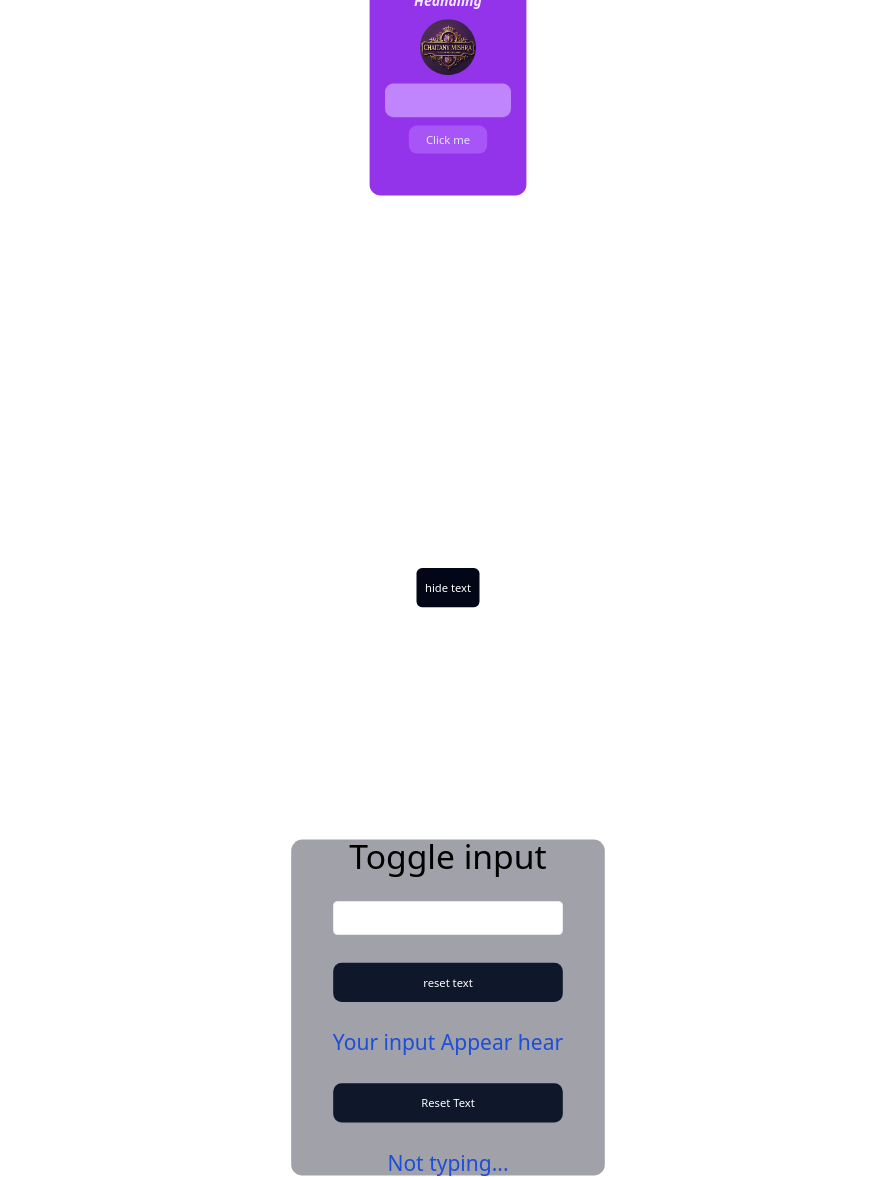
Repository: ChaitanyMishra/react-daily-work
Page: / (app in praticeForReact/revise-react/)
An editor plug-in stored every save of this project. The page is shown before and after a run of saves, followed by the edit.
The browser window is 1280 px wide. The pictures show the part of the page from y = 828 to 2748 px (the page is 2510 px tall before and 2748 px after), at 70% of full size.
The project was rebuilt for these pictures with package versions that can differ from the ones it lists, and the page was loaded fresh each time. Also part of the build but not shown: praticeForReact/revise-react/vite.config.js.

Above is the page before, as saved 2025-07-03 20:47:40.

### praticeForReact/revise-react/src/App.jsx
import './index.css';
import Info from './components/Info';
import Counter from './components/Counter';
import Card from './components/Card';
import ToggleText from './components/toggleText';
import { createContext, useState } from 'react';
import ToggleInput from './components/toggleInput';

const ThemeContext = createContext();

function App() {
  const [theme, setTheme] = useState('light');

  return (
    <ThemeContext.Provider value={{ theme, setTheme }}>
      <div className='h-screen w-full bg-stone-200'>
        <h1 className='text-center text-purple-600 font-extrabold font-serif text-3xl py-3 italic'>
          React Revision
        </h1>

        <div className='flex flex-col h-auto min-h-64 bg-slate-500 w-56 items-center justify-center m-auto text-white text-xl'>
          <Info name='Chaitany' roll='Web Developer' location='India' />
        </div>

        <div>
          <h1 className='text-center text-purple-600 font-extrabold font-serif text-3xl py-5 italic'>
            Learn About useState
          </h1>
          <Counter />
        </div>
        <Card name='Chetan' />
        <ToggleText />
        <ToggleInput />
      </div>
    </ThemeContext.Provider>
  );
}

export { ThemeContext };
export default App;

### praticeForReact/revise-react/src/components/Info.jsx
export default function Info(props){
    return(
        <div>
        <h2>Name : {props.name}</h2>
        <h3>role : {props.roll}</h3>
        <h4> Location : {props.location}</h4>
        </div>
    )

}

### praticeForReact/revise-react/src/components/Counter.jsx
import { useContext, useState } from "react";
import { ThemeContext } from "../App";

export default function Counter() {
  const { theme, setTheme } = useContext(ThemeContext);
  const [counter, setCounter] = useState(0);
  const [message, setMessage] = useState("");

  const handleIncrement = () => {
    if (counter < 20) {
      setCounter((prev) => prev + 1);
      setMessage("");
    } else {
      setMessage("Value can't go above 20");
    }
  };

  const handleDecrement = () => {
    if (counter > 0) {
      setCounter((prev) => prev - 1);
      setMessage("");
    } else {
      setMessage("Value can't go below 0");
    }
  };

  const reset = () => {
    setCounter(0);
    setMessage("");
  };

  return (
    <div
      className={`flex flex-col items-center ${
        theme === "light" ? "bg-slate-200" : "bg-slate-800"
      } px-6 py-6 rounded-lg shadow-lg space-y-4`}
    >
      <div>
        <button
          className="bg-white hover:bg-blue-200 text-black font-bold px-4 py-2 rounded"
          onClick={() =>
            setTheme(theme === "light" ? "dark" : "light")
          }
        >
          Theme: {theme}
        </button>
      </div>

      <h2 className="text-white text-3xl font-bold">{counter}</h2>

      <div className="flex space-x-4">
        <button
          className="bg-green-500 hover:bg-green-600 text-white font-bold px-4 py-2 rounded"
          onClick={handleIncrement}
        >
          +
        </button>
        <button
          className="bg-red-500 hover:bg-red-600 text-white font-bold px-4 py-2 rounded"
          onClick={handleDecrement}
        >
          -
        </button>
        <button
          className="bg-yellow-500 hover:bg-yellow-600 text-white font-bold px-4 py-2 rounded"
          onClick={reset}
        >
          Reset
        </button>
      </div>

      {message && (
        <span className="text-yellow-300 font-semibold text-sm italic">
          {message}
        </span>
      )}
    </div>
  );
}

### praticeForReact/revise-react/src/components/Card.jsx
import { useState } from "react"
import logo from "../assets/Logo.jpg"

const Card = () =>{
    const [name , setName] = useState("")
    const [msg  , setMsg] = useState("")
    const handleButton = () => {
        if(name.trim() === ""){
            setName("")
        }else{
            setMsg(`Hello ${name}`)
        }

    }
   return(

    <div className="flex h-screen w-auto justify-center items-center">

    <div className=" absolute flex flex-col h-[20rem] w-[14rem] bg-purple-600 m-auto my-14 rounded-2xl">
        <h3 className=" text-center text-purple-100 font-extrabold italic text-xl">Learn About Event Heandling</h3>
        <img src={logo} alt="Chaitany Logo" className="relative top-0 left-0 h-20 w-20 rounded-full mx-auto my-3 object-cover focus:none" />
        <input type="text" className=" bg-purple-400 px-3 py-3 rounded-xl w-[14vw] mx-auto text-purple-100" id="inputBox" onChange={(e) => setName(e.target.value)} value={name} />
        <button className="bg-purple-500 text-blue-100 px-3 py-2 w-28 rounded-xl mx-auto my-3 hover:bg-purple-900 hover:scale-105 duration-300 " onClick={handleButton}>Click me </button>
       {
        msg && (
            <p className="mt-4 text-white font-semibold text-center text-xl px-3 my-3">Hello {name}! nice to meet you!</p>
        )
       }
    </div>
    </div>
   )

}

export default Card

### praticeForReact/revise-react/src/components/toggleText.jsx
import React from 'react'
import { useState } from 'react'

function ToggleText() {
    const [show , setShow]  = useState(false);
  return (
    <div className='flex flex-col items-center justify-center h-screen w-screen'>
      <p >{show ? "After useState" : ""}</p>
      <button className='px-3 py-4 rounded-lg bg-slate-950 text-white text-center my-5' onClick={() => setShow(!show)} > {show  ? "show text" : "hide text"}</button>
    </div>
  )
}

export default ToggleText

### praticeForReact/revise-react/src/components/toggleInput.jsx
import React, { use } from 'react'
import { useState , useEffect } from 'react'

function ToggleInput() {
    const [buttonState , setButtonState] = useState(false)
    const [input , setInput] = useState("")
    const [typing , setTypingStatus] = useState("")
    useEffect(() => {

      setTypingStatus("Typing...")
      const timer = setTimeout(()=>{
        setTypingStatus("Not typing...")
      },2000)

    return () => clearTimeout(timer)


    } , [input])
  return (
    <div className='flex flex-col bg-zinc-400 max-h-screen  mx-auto rounded-2xl items-center justify-center max-w-md '>
      <div className='flex flex-col gap-10'>
        <h1 className='text-5xl text-center'>Toggle input</h1>
            <input type="text" className='px-4 py-3 rounded-md placeholder:enter text'  onChange={(e) => setInput(e.target.value)} />
            <button className='px-3 py-4 rounded-xl bg-slate-900 text-white' onClick={() => setButtonState(!buttonState)}>{buttonState ? "click me" : "reset text"}</button>
            <p className=' text-3xl text-center text-blue-700' id='pera'>Your input Appear hear {input} </p>
            <button  className='px-3 py-4 rounded-xl bg-slate-900 text-white' onClick={() => setInput("")}>Reset Text</button>
            <p className=' text-3xl text-center text-blue-700' >{typing}</p>
      </div>
    </div>
  )
}

export default ToggleInput

Loaded but not shown: praticeForReact/revise-react/index.html (common file); praticeForReact/revise-react/src/main.jsx (common file); praticeForReact/revise-react/src/index.css (common file); praticeForReact/revise-react/tailwind.config.js (common file)

After the next 5 saves:
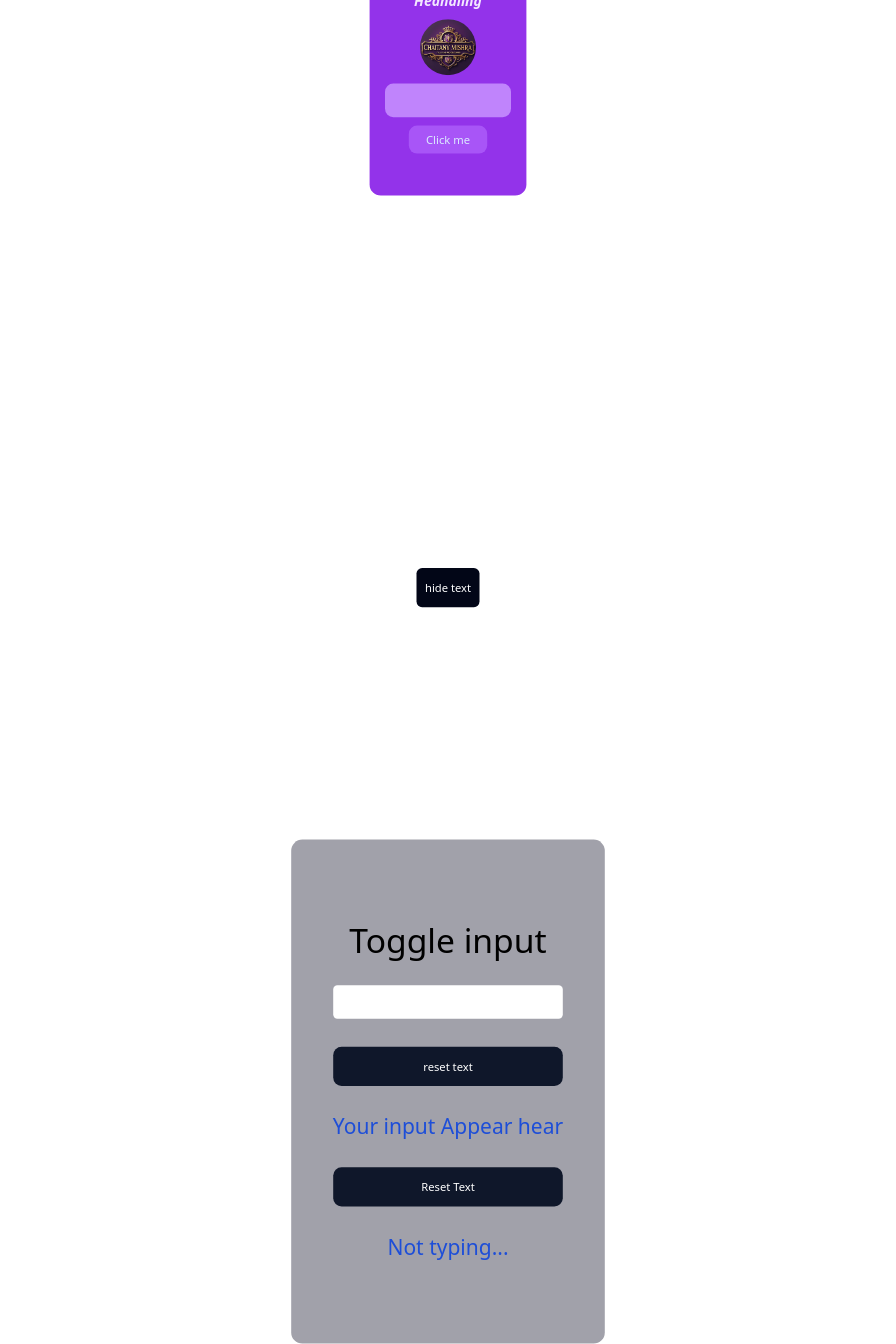
The 5 saves are shown as one change because they came seconds apart.
The last was saved 14 s later.
--- a/praticeForReact/revise-react/src/components/toggleInput.jsx
+++ b/praticeForReact/revise-react/src/components/toggleInput.jsx
@@ -17,7 +17,7 @@ function ToggleInput() {
 
     } , [input])
   return (
-    <div className='flex flex-col bg-zinc-400 max-h-screen  mx-auto rounded-2xl items-center justify-center max-w-md '>
+    <div className='flex flex-col bg-zinc-400 h-screen m-b-  mx-auto rounded-2xl items-center justify-center max-w-md '>
       <div className='flex flex-col gap-10'>
         <h1 className='text-5xl text-center'>Toggle input</h1>
             <input type="text" className='px-4 py-3 rounded-md placeholder:enter text'  onChange={(e) => setInput(e.target.value)} />
